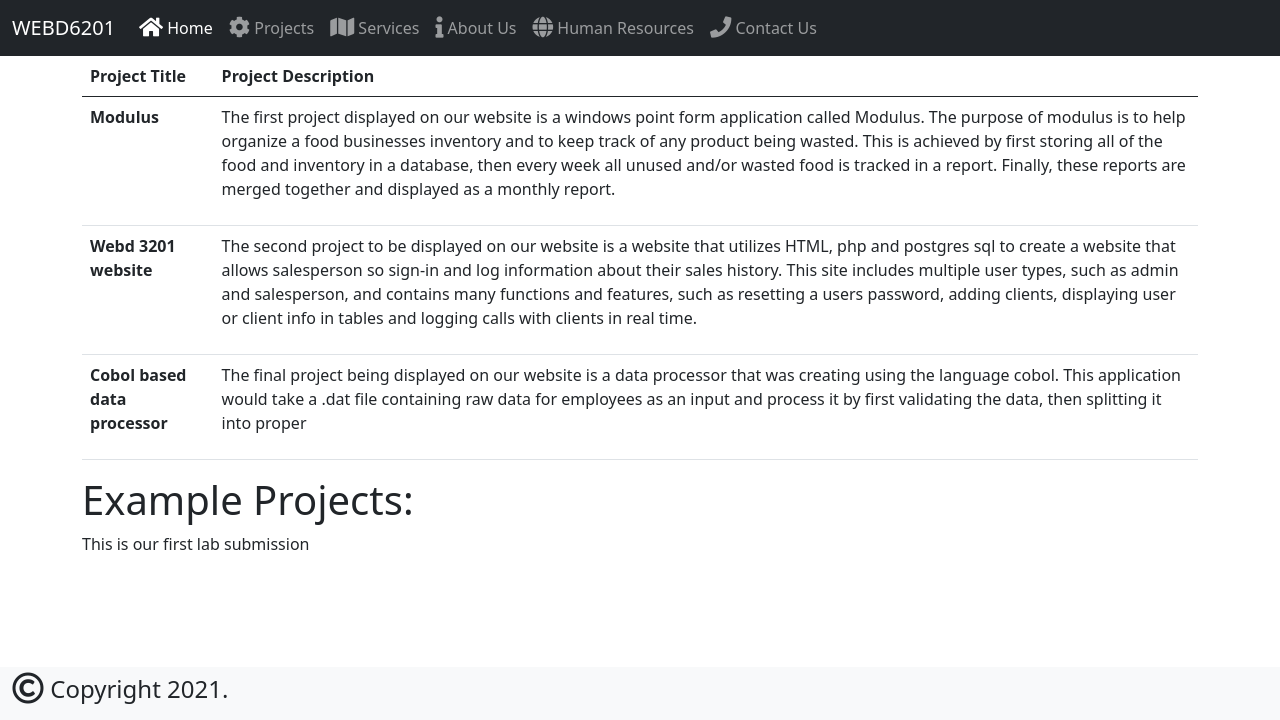
Repository: Sub4Sub/Lab_1
Page: products.html
These files come from the project's save history. The page is drawn as it stood at one moment and after the next save; the edit follows.
The browser window is 1280 px wide. The pictures show the whole page.

Above is the page before, as saved 2021-02-05 16:45:58.

### products.html
<!DOCTYPE html>
<html lang="en">
<head>
    <meta charset="UTF-8">
    <meta name="viewport" content="width=device-width, initial-scale=1.0">
    <title>Products</title>
    <!-- CSS Section -->
    <link rel="stylesheet" href="./node_modules/bootstrap/dist/css/bootstrap.min.css">
    <link rel="stylesheet" href="./node_modules/@fortawesome/fontawesome-free/css/all.min.css">
    <link rel="stylesheet" href="./Content/app.css">
</head>
<body>
    <!-- Main Header -->

    <!-- Main Content -->
    <main class="container">
      <table class="table">
        <thead>
          <tr>
            <th scope="col">Project Title</th>
            <th scope="col">Project Description</th>
          </tr>
        </thead>
        <tbody>
          <tr>
            <th scope="row">Modulus</th>
            <td>
              <p>
                The first project displayed on our website is a windows point form application called Modulus. The purpose of modulus is to
                help organize a food businesses inventory and to keep track of any product being wasted. This is achieved by first storing all of
                the food and inventory in a database, then every week all unused and/or wasted food is tracked in a report. Finally,
                these reports are merged together and displayed as a monthly report.
              </p>
            </td>
          </tr>
          <tr>
            <th scope="row">Webd 3201 website</th>
            <td>
              <p>
                The second project to be displayed on our website is a website that utilizes HTML, php and postgres sql to create a website that
                 allows salesperson so sign-in and log information about their sales history. This site includes multiple user types, such as admin
                 and salesperson, and contains many functions and features, such as resetting a users password, adding clients, displaying user or client info in tables and
                 logging calls with clients in real time.
              </p>
            </td>
          </tr>
          <tr>
            <th scope="row">Cobol based data processor</th>
            <td>
              <p>
                The final project being displayed on our website is a data processor that was creating using the language cobol. This application
                would take a .dat file containing raw data for employees as an input and process it by first validating the data, then
                splitting it into proper
              </p>
            </td>
          </tr>
        </tbody>
      </table>
    </main>



    <!-- Script Section-->
    <script src="./node_modules/jquery/dist/jquery.min.js"></script>
    <script src="./node_modules/bootstrap/dist/js/bootstrap.bundle.min.js"></script>
    <script src="./Scripts/app.js"></script>
</body>
</html>

### Scripts/app.js
/*
* Name: Brett Tindall & Emeka Okoisama
* Student Id: 100708109 &
* Date Completed: 2021-02-05
*/

"use strict";

//IIFE - Immediately Invoked Function Expression
(function()
{

    /*
      Function that displays the home page's content
    */
    function displayHome()
    {
        let indexHeading = document.createElement("h1");

        indexHeading.setAttribute("id", "indexHeading");
        indexHeading.textContent = `Welcome to lab 1`;

        let mainContent = document.querySelector("main");
        mainContent.appendChild(indexHeading);

        let newDivTag = document.createElement("div");
        newDivTag.innerHTML =
        `<h4>By Brett Tindall and Emeka Okoisama</h4>
        <p id="paragraphThree"> This is our first lab submission </p>`;


        mainContent.append(newDivTag);


    }

    function displayProjects()
    {
        let projectHeading = document.createElement("h1");

        projectHeading.setAttribute("id", "projectHeading");
        projectHeading.textContent = `Example Projects:`;

        let mainContent = document.querySelector("main");
        mainContent.appendChild(projectHeading);

        let newDivTag = document.createElement("div");
        newDivTag.innerHTML =
        `<p id="paragraphThree"> This is our first lab submission </p>`;


        mainContent.append(newDivTag);


    }

    /*
      Function that displays the contact page's content
    */
    function displayContact()
    {
      let contactHeading = document.createElement("h1");

      contactHeading.setAttribute("id", "contactHeading");
      contactHeading.textContent = "Enter a Contact";

      let mainContent = document.querySelector("main");
      mainContent.appendChild(contactHeading);

      let newDivTag = document.createElement("div");
      newDivTag.innerHTML =
      `<div id="messageArea"></div>

      <div class="row justify-content-lg-center g-3">
        <form class="col-lg-6 col-md-10 col-sm-10">

          <div class="input-group mb-3">
            <span class="input-group-text" id="inputGroup-sizing-default">Full Name </span>
            <input id="fullName" type="text" class="form-control" aria-label="Full Name" aria-describedby="Full Name Input"
            name="fullName" required>
          </div>

          <div class="input-group mb-3">
            <span class="input-group-text" id="inputGroup-sizing-default">Contact Number</span>
            <input id="contactNumber" type="tel" class="form-control" aria-label="Contact Number" aria-describedby="Contact Number Input"
            name="contactNumber" required>
          </div>

          <div class="input-group mb-3">
            <span class="input-group-text" id="inputGroup-sizing-default">Email</span>
            <input id="emailAddress" type="email" class="form-control" aria-label="Email Address" aria-describedby="Email Address Input"
            name="emailAddress" required>
          </div>

          <button id="sendButton" type="submit" class="btn btn-primary"><i class="fas fa-envelope fa-lg"></i> Send</button>
          <button id="cancelButton" type="reset" class="btn btn-warning"><i class="fas fa-undo fa-lg"></i> Cancel</button>
        </form>
      </div>`;

      mainContent.append(newDivTag);


      let sendButton = document.getElementById("sendButton");

        sendButton.addEventListener("click", function(event){

          window.location.href = './index.html';

        });

    }

    /*
      Function that displays the fixed footer at the bottom of the page
    */
   function displayHeader()
   {
     let mainContent = document.querySelector("body");

     //let sendButton = document.getElementById("body");

     let newFooterTag = document.createElement("header");

     newFooterTag.innerHTML =
     `
     <header>
      <!-- Main Navigation -->
      <nav class="navbar navbar-expand-lg navbar-dark bg-dark">
          <div class="container-fluid">
            <a class="navbar-brand" href="index.html">WEBD6201</a>
            <button class="navbar-toggler" type="button" data-bs-toggle="collapse" data-bs-target="#navbarSupportedContent" aria-controls="navbarSupportedContent" aria-expanded="false" aria-label="Toggle navigation">
              <span class="navbar-toggler-icon"></span>
            </button>
            <div class="collapse navbar-collapse" id="navbarSupportedContent">
              <ul class="navbar-nav me-auto mb-2 mb-lg-0" id ="headerList">
                <li class="nav-item">
                  <a class="nav-link active" aria-current="page" href="index.html"><i class="fas fa-home fa-lg"></i> Home</a>
                </li>

                <li class="nav-item">
                  <a class="nav-link" id="productsLink" aria-current="page" href="products.html"><i class="fas fa-cog fa-lg"></i> Products</a>
                </li>

                <li class="nav-item">
                  <a class="nav-link" aria-current="page" href="services.html"><i class="fas fa-map fa-lg"></i> Services</a>
                </li>

                <li class="nav-item" id="aboutUsList">
                  <a class="nav-link" id="aboutUsLink" aria-current="page" href="about.html"><i class="fas fa-info fa-lg"></i> About Us</a>
                </li>

                <li class="nav-item">
                  <a class="nav-link" aria-current="page" href="contact.html"><i class="fas fa-phone fa-lg"></i> Contact Us</a>
                </li>
              </ul>
            </div>
          </div>
        </nav>
  </header>
     `

     mainContent.prepend(newFooterTag);

   }

    /*
      Function that displays the fixed footer at the bottom of the page
    */
    function displayFooter()
    {
      let mainContent = document.querySelector("main");

      let newFooterTag = document.createElement("footer");

      newFooterTag.innerHTML =
      `
      <footer>
        <nav class="navbar fixed-bottom navbar-light bg-light">
            <div class="container-fluid">
              <h4><i class="far fa-copyright fa-lg"></i> Copyright 2021.</h4>
            </div>
          </nav>
    </footer>
      `

      mainContent.append(newFooterTag);

    }

    /*
      Function that adds a button to the human resources page
    */
    function addHumanResourcesButton()
    {

      let aboutUsLink = document.getElementById("aboutUsList");

      let newListItem = document.createElement("li");

      newListItem.innerHTML =
      `
      <li class="nav-item">
        <a class="nav-link" id="HumanResourcesLink" aria-current="page" href="human-resources.html"><i class="fas fa-globe fa-lg"></i> Human Resources</a>
      </li>
      `

      aboutUsLink.after(newListItem);

    }

    /*
      Function that changes the products button's text to projects
    */
   function alterProductsButton()
   {

    let productsButton = document.getElementById("headerList").childNodes[3];

    //productsButton.textContent = "Projects";

    let newListItem = document.createElement("li");

    newListItem.innerHTML =
   `
   <li class="nav-item">
               <a class="nav-link" aria-current="page" href="products.html"><i class="fas fa-cog fa-lg"></i> Projects</a>
             </li>
   `

    productsButton.replaceChild(newListItem, productsButton.childNodes[1]);

   }

   /*
      Function that run when the page loads
    */
    function Start()
    {
        console.log("App Started...");

        displayHeader();

        alterProductsButton();

        addHumanResourcesButton();

        switch (document.title)
        {
          case "Home":
              displayHome();
            break;
          case "About":
              displayAbout();
            break;
          case "Products":
              displayProjects();
            break;
          case "Services":
              displayServices();
            break;
          case "Contact":
              displayContact();
            break;
        }

    }

    displayFooter();

    window.addEventListener("load", Start);

})();

Loaded but not shown: node_modules/bootstrap/dist/css/bootstrap.min.css (library); node_modules/@fortawesome/fontawesome-free/css/all.min.css (library); node_modules/jquery/dist/jquery.min.js (library); node_modules/bootstrap/dist/js/bootstrap.bundle.min.js (library); Content/app.css (no stored copy; drawn as an empty file)

After the next save:
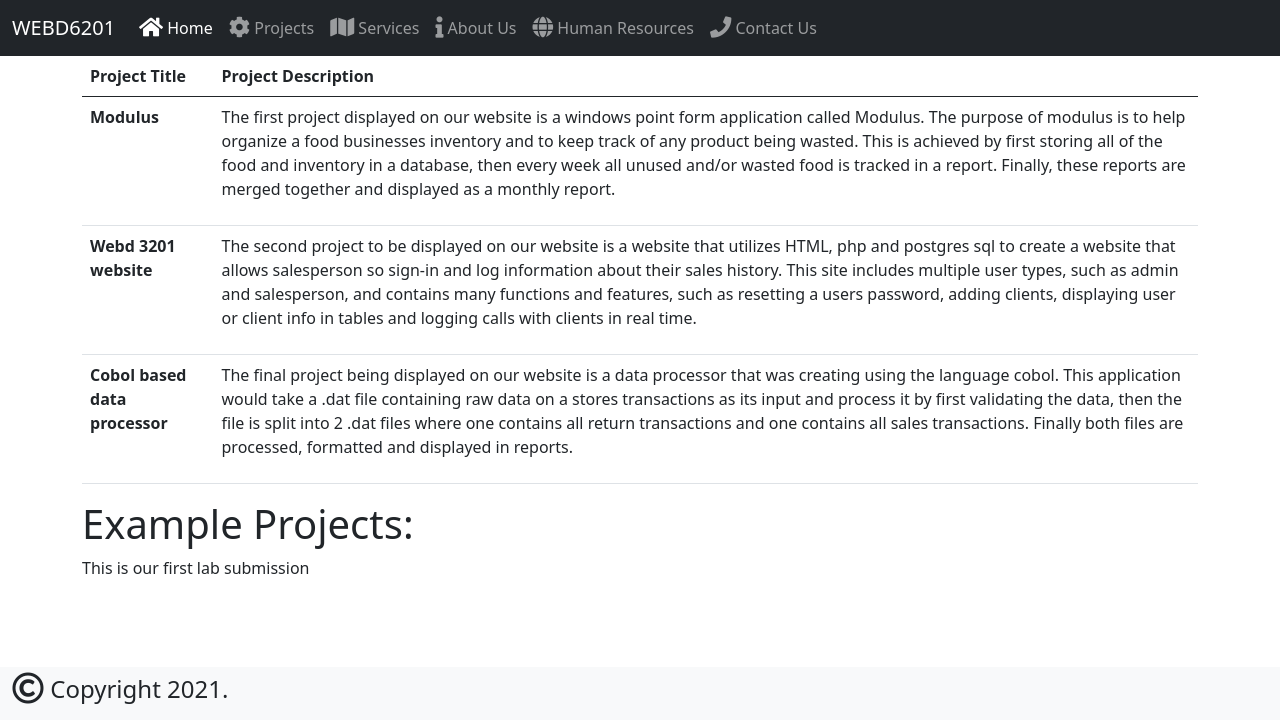
Saved 4 min 16 s later.
--- a/products.html
+++ b/products.html
@@ -49,8 +49,9 @@
             <td>
               <p>
                 The final project being displayed on our website is a data processor that was creating using the language cobol. This application
-                would take a .dat file containing raw data for employees as an input and process it by first validating the data, then
-                splitting it into proper
+                would take a .dat file containing raw data on a stores transactions as its input and process it by first validating the data, then
+                the file is split into 2 .dat files where one contains all return transactions and one contains all sales transactions. Finally
+                both files are processed, formatted and displayed in reports.
               </p>
             </td>
           </tr>
